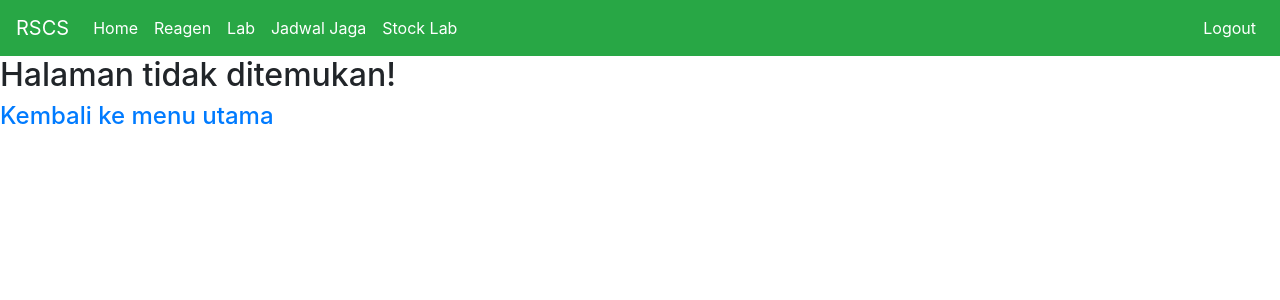
Repository: usamah1707/Tugas-Akhir-Kelompok-6
Page: http://localhost/error/404
An editor plug-in stored every save of this project. The page is shown before and after the next save, followed by the edit.
The browser window is 1280 px wide. The pictures show the whole page.
The page is this project's Thymeleaf template; nobody is signed in. The template is opened directly, without the code that normally fills it, so the values that code supplies are empty.

Above is the page before, as saved 2019-06-04 07:01:30.

### TA_6/src/main/resources/templates/error/404.html
<!DOCTYPE html>
<html xmlns:th="http://www.thymeleaf.org">
<head>
	<object th:include="fragments/fragment :: css" th:remove="tag"></object>
	<object th:include="fragments/fragment :: js" th:remove="tag"></object>
</head>

<body>
<nav th:replace="fragments/fragment :: navbar"></nav>
		<h2>Halaman tidak ditemukan!</h2>
		<h4><a th:href="@{/}">Kembali ke menu utama</a></h4>
	</body>
</html>

### TA_6/src/main/resources/templates/fragments/fragment.html
<!DOCTYPE html>
<html xmlns:th="http://www.thymeleaf.org">

<head>
    <title>Home</title>
	<head th:fragment="metas">
		<meta charset="utf-8">
    	<meta name="viewport" content="width=device-width, initial-scale=1, shrink-to-fit=no">
	</head>
    <head th:fragment="css">
    	<link rel="stylesheet" th:href="@{/css/style.css}">
        <link rel="stylesheet" th:href="@{/css/bootstrap.min.css}">

    </head>

    <head th:fragment="js">
    	<script
  src="https://code.jquery.com/jquery-3.3.1.js"
  integrity="sha256-2Kok7MbOyxpgUVvAk/HJ2jigOSYS2auK4Pfzbm7uH60="
  crossorigin="anonymous"></script>
        <script th:src="@{/js/bootstrap.min.js}"></script>
    </head>
</head>

<body>
    <nav th:fragment="navbar" class="navbar navbar-expand-lg navbar-dark bg-success">
        <a class="navbar-brand" th:href="@{/}">RSCS</a>
        <div class="collapse navbar-collapse" id="navbarSupportedContent">
            <ul class="navbar-nav mr-auto">
                <li class="nav-item active">
                    <a class="nav-link" th:href="@{/}">Home</a>
                </li>

                <li class="nav-item active">
                    <a class="nav-link" th:href="@{/lab/kebutuhan}">Reagen</a>
                </li>
                 <li class="nav-item active">
                    <a class="nav-link" th:href="@{/lab/pemeriksaan}">Lab</a>
                </li>
                <li class="nav-item active">
                    <a class="nav-link" th:href="@{/lab/jadwal-jaga/view}">Jadwal Jaga</a>
                </li>
                 <li class="nav-item active">
                    <a class="nav-link" th:href="@{/lab/stok}">Stock Lab</a>
                </li>
            </ul>
            <ul class="navbar-nav pull-right">
            	<li class="nav-item active">
            		<a class="nav-link" th:href="@{/logout}">Logout</a>
            	</li>
            </ul>
        </div>
    </nav>
</body>

</html>

### TA_6/src/main/resources/static/css/style.css
body {
  background: #34495e;
  font: normal 300 18px "Roboto", sans-serif;
}

#menu-nav {
  max-width: 1000px;
  margin: 130px auto;
  background-color: #ecf0f1;
  border-radius: 4px;
  box-shadow: 0 2px 5px rgba(0, 0, 0, 0.3);
}

#navigation-bar ul {
  border-radius: 4px;
  overflow: hidden;
}
#navigation-bar li {
  float: left;
  width: 20%;
}
#navigation-bar li:hover a::before {
  right: 0;
  left: 0;
}
#navigation-bar a {
  color: #848484;
  font-size: 20px;
  text-decoration: none;
  text-align: center;
  padding: 20px 0;
  display: block;
  position: relative;
  transition: all 0.3s ease;
}
#navigation-bar a:hover {
  color: #e74c3c;
}
#navigation-bar a::before {
  content: "";
  transition: all 0.4s ease-in-out;
  position: absolute;
  right: 50%;
  left: 50%;
  bottom: 0;
  height: 2px;
  background-color: #e74c3c;
}
#navigation-bar a:hover::before {
  right: 0;
  left: 0;
}

li {
	list-style: none;
}

Loaded but not shown: TA_6/src/main/resources/static/css/bootstrap.min.css (library); TA_6/src/main/resources/static/js/bootstrap.min.js (library)

After the next save:
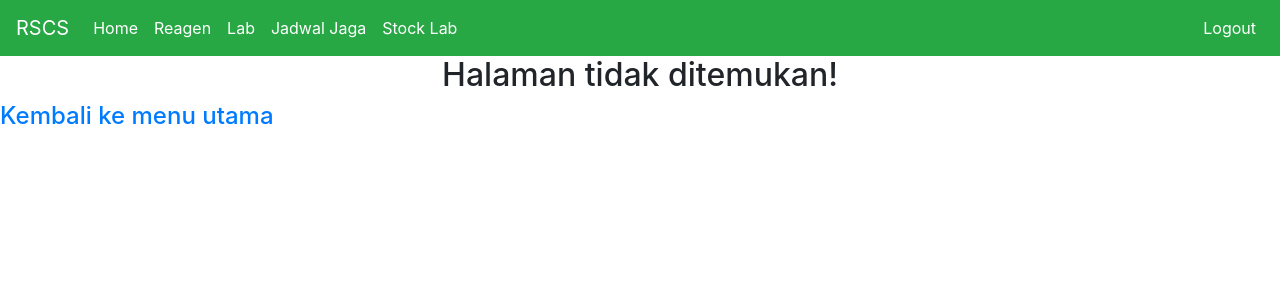
Saved 8 min 54 s later.
--- a/TA_6/src/main/resources/templates/error/404.html
+++ b/TA_6/src/main/resources/templates/error/404.html
@@ -7,7 +7,7 @@
 
 <body>
 <nav th:replace="fragments/fragment :: navbar"></nav>
-		<h2>Halaman tidak ditemukan!</h2>
+		<h2 align = "center">Halaman tidak ditemukan!</h2>
 		<h4><a th:href="@{/}">Kembali ke menu utama</a></h4>
 	</body>
 </html>
